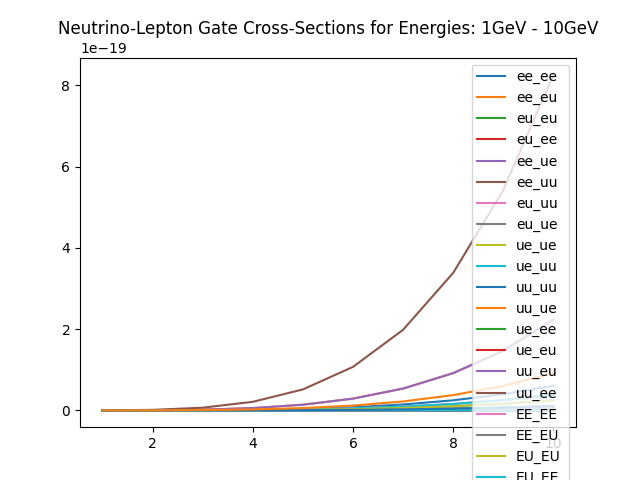
Repository: MichaelCullen2011/QuantumAndNeutrinos
Script's output: python neutrinos.py
An editor plug-in stored every save of this project. The script's output is shown before and after the next save, followed by the edit.
Random numbers start from a fixed seed.

Above is the script's output before, as saved 2021-06-02 10:55:05.

After the next save:
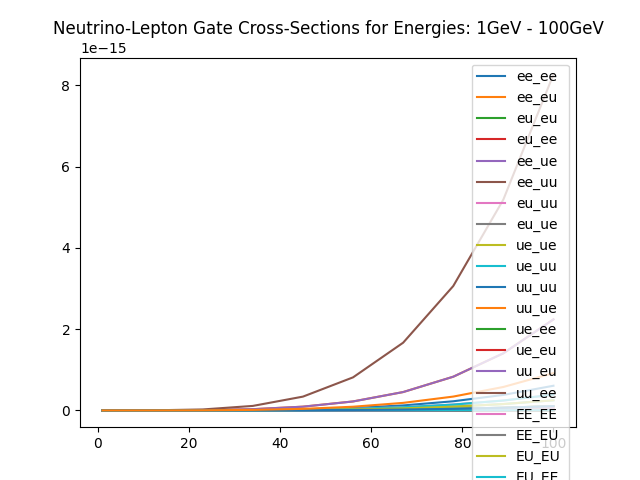
Saved 5 s later.
--- a/neutrinos.py
+++ b/neutrinos.py
@@ -379,6 +379,6 @@ Running
 
 # WaveFunctions(accuracy=20)      # Currently Broken. Doesnt plot correctly # Accuracy is the number of points within the range
 
-Gates(energy_list=np.linspace(1, 10, 10)).calculate()         # calculates and plots gate probabilities at various energies for different interactions
+Gates(energy_list=np.linspace(1, 100, 10)).calculate()         # calculates and plots gate probabilities at various energies for different interactions
 
 plt.show()
